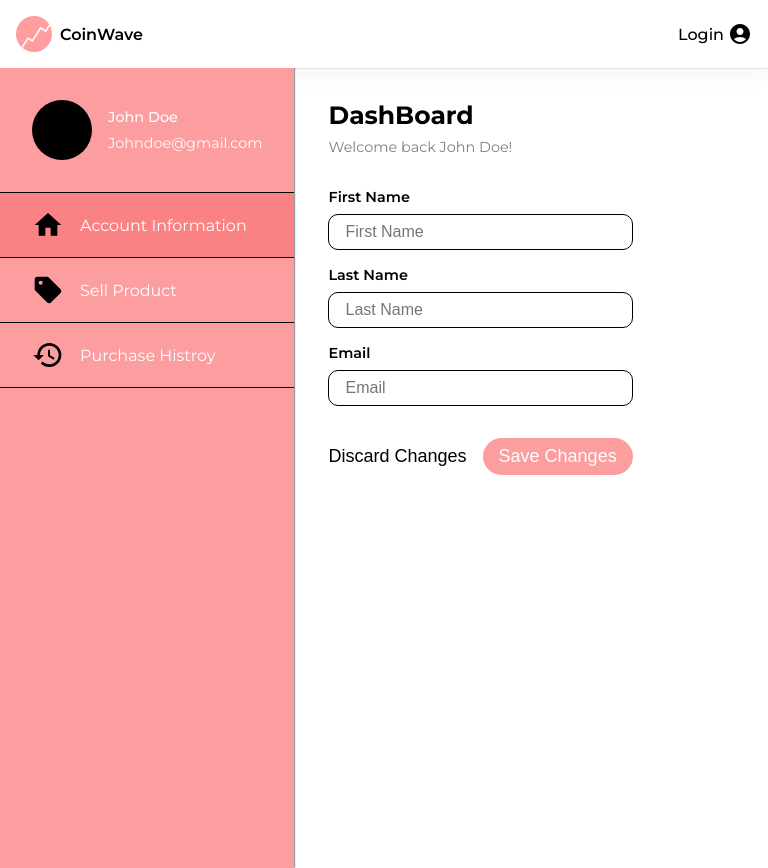
Repository: David-Waite/CoinWave
Page: /account
These files come from the project's save history. The page is drawn as it stood at one moment and after the next save; the edit follows.
The browser window is 768 px wide. The pictures show the whole page.
The project was rebuilt for these pictures with package versions that can differ from the ones it lists, and the page was loaded fresh each time. The framework's server and built-in components were replaced by stand-ins that run in the browser. Also part of the build but not shown: next.config.js, app/components/account/SellProduct/SellProduct.js, app/components/account/PurchaseHistory/PurchaseHistory.js.

Above is the page before, as saved 2023-08-16 11:32:23.

### app/layout.js
import Nav from "./components/Nav/Nav";
import "./globals.css";
import { Montserrat } from "next/font/google";

const montserrat = Montserrat({ subsets: ["latin"] });

export const metadata = {
  title: "Coin Wave",
  description: "Generated by create next app",
};

export default function RootLayout({ children }) {
  return (
    <html lang="en">
      <body className={montserrat.className}>
        <Nav />
        {children}
      </body>
    </html>
  );
}

### app/account/page.js
"use client";
import styles from "./account.module.css";
import { useState } from "react";
import AccountMenu from "../components/account/AccountMenu/AccountMenu";
import AccountInformation from "../components/account/AccountInfomation/AccountInfomation";
import SellProduct from "../components/account/SellProduct/SellProduct";
import PurchaseHistroy from "../components/account/PurchaseHistory/PurchaseHistory";

export default function Account() {
  const [selected, setSelected] = useState({
    accountInformation: true,
    sellProduct: false,
    purchaseHistroy: false,
  });

  function handleMenuSelect(select) {
    setSelected({
      accountInformation: select === "accountInformation",
      sellProduct: select === "sellProduct",
      purchaseHistroy: select === "purchaseHistroy",
    });
  }

  return (
    <div className={styles.main}>
      <AccountMenu selected={selected} onClick={handleMenuSelect} />

      <hr />
      <main>
        {selected.accountInformation && <AccountInformation />}
        {selected.sellProduct && <SellProduct />}
        {selected.purchaseHistroy && <PurchaseHistroy />}
      </main>
    </div>
  );
}

### app/components/Nav/Nav.js
import styles from "./nav.module.css";
import Link from "next/link";
import { MdAccountCircle } from "react-icons/md";
export default function Nav() {
  return (
    <nav className={styles.main}>
      <Link className={styles.homeLink} href="/">
        <svg
          width="36"
          height="36"
          viewBox="0 0 36 36"
          fill="none"
          xmlns="http://www.w3.org/2000/svg"
        >
          <circle cx="18" cy="18" r="18" fill="#FF9E9E" />
          <mask
            id="mask0_7_9"
            style={{ maskType: "alpha" }}
            maskUnits="userSpaceOnUse"
            x="0"
            y="0"
            width="36"
            height="36"
          >
            <path
              d="M36 18C36 27.9411 27.9411 36 18 36C8.05887 36 0 27.9411 0 18C0 8.05887 8.05887 0 18 0C27.9411 0 36 8.05887 36 18Z"
              fill="#FF9E9E"
            />
          </mask>
          <g mask="url(#mask0_7_9)">
            <path
              d="M2.13416 37.6684L12.0865 22.0755L16.3706 24.9865L24.7305 11.8885L29.6267 15.2153L36.3942 4.61218"
              stroke="white"
              stroke-width="1.5"
            />
          </g>
        </svg>
        CoinWave
      </Link>
      <Link className={styles.loginLink} href="/login">
        Login <MdAccountCircle size={24} />
      </Link>
    </nav>
  );
}

### app/globals.css
:root {
  --primary: #fc9d9f;
}

* {
  margin: 0;
  padding: 0;
  box-sizing: border-box;
}

### app/components/account/AccountMenu/AccountMenu.js
import styles from "./accountMenu.module.css";
import { MdHistory, MdHome, MdSell } from "react-icons/md";
export default function AccountMenu(props) {
  function handleClick(select) {
    props.onClick(select);
  }

  const selectedP = {
    backgroundColor: "#fa8284",
  };

  return (
    <div className={styles.container}>
      <div className={styles.infoOverView}>
        <div className={styles.photo}></div>
        <div className={styles.overViewTextContainer}>
          <p className={styles.fullNameOverView}>John Doe</p>
          <p className={styles.emailOverView}>Johndoe@gmail.com</p>
        </div>
      </div>

      <div
        onClick={() => handleClick("accountInformation")}
        className={styles.linkContainer}
        style={Object.assign(props.selected.accountInformation && selectedP)}
      >
        <MdHome className={styles.menuIcons} />
        <p>Account Information</p>
      </div>

      <div
        onClick={() => handleClick("sellProduct")}
        className={styles.linkContainer}
        style={Object.assign(props.selected.sellProduct && selectedP)}
      >
        <MdSell className={styles.menuIcons} />
        <p>Sell Product</p>
      </div>

      <div
        onClick={() => handleClick("purchaseHistroy")}
        className={`${styles.linkContainer} ${styles.linkContainerBottom}`}
        style={Object.assign(props.selected.purchaseHistroy && selectedP)}
      >
        <MdHistory className={styles.menuIcons} />
        <p>Purchase Histroy</p>
      </div>
    </div>
  );
}

### app/components/account/AccountInfomation/AccountInfomation.js
"use client";
import styles from "./accountInformation.module.css";
import { useState } from "react";
import { useRouter } from "next/navigation";
import { MdSecurityUpdate } from "react-icons/md";

export default function AccountInformation() {
  const [formData, setFormData] = useState({
    firstName: "",
    lastNameName: "",
    email: "",
  });

  const router = useRouter();

  function handleChange(event) {
    const { type, name, value, checked } = event.target;
    setFormData((prevFormData) => {
      return {
        ...prevFormData,
        [name]: type === "checkbox" ? checked : value,
      };
    });
  }

  function handleSubmit(event) {
    event.preventDefault();

    router.push("/account");
  }

  return (
    <main className={styles.main}>
      <form onSubmit={handleSubmit}>
        <h1 className={styles.title}>DashBoard</h1>
        <p className={styles.welcomeText}>Welcome back {"John Doe"}!</p>

        <div className={styles.form}>
          <div className={styles.nameContainer}>
            <div className={styles.inputContainer}>
              <label className={styles.firstNameLable} htmlFor="firstName">
                First Name
              </label>
              <input
                className={styles.firstName}
                type="text"
                placeholder="First Name"
                onChange={handleChange}
                name="firstName"
                value={formData.firstName}
              />
            </div>
            <div className={styles.inputContainer}>
              <label className={styles.lastNameLable} htmlFor="lastName">
                Last Name
              </label>
              <input
                className={styles.firstName}
                type="text"
                placeholder="Last Name"
                onChange={handleChange}
                name="lastName"
                value={formData.lastName}
              />
            </div>
          </div>

          <div className={styles.inputContainer}>
            <label className={styles.emailLable} htmlFor="email">
              Email
            </label>
            <input
              className={styles.email}
              type="email"
              placeholder="Email"
              onChange={handleChange}
              name="email"
              value={formData.email}
            />
          </div>
        </div>
        <div className={styles.buttonContainer}>
          <button className={styles.discardChanges}>Discard Changes</button>
          <button className={styles.saveChanges}>Save Changes</button>
        </div>
      </form>
    </main>
  );
}

### app/components/Nav/nav.module.css
.main {
  display: flex;
  align-items: center;
  justify-content: space-between;
  padding: 16px 60px;
  box-shadow: rgba(0, 0, 0, 0.05) 0px 6px 24px 0px,
    rgba(0, 0, 0, 0.08) 0px 0px 0px 1px;
}

.homeLink {
  display: flex;
  align-items: center;
  gap: 8px;
  text-decoration: none;
  font-size: 18px;
  color: black;
  font-weight: 600;
}

.loginLink {
  display: flex;
  align-items: center;
  gap: 4px;
  font-size: 18px;
  text-decoration: none;
  color: black;
  font-weight: 500;
}

@media (max-width: 1600px) {
  .main {
    padding: 16px 32px;
  }
}
@media (max-width: 778px) {
  .main {
    padding: 16px;
  }
  .loginLink,
  .homeLink {
    font-size: 16px;
  }
}

### app/components/account/AccountMenu/accountMenu.module.css
.container {
  background-color: var(--primary);

  height: 100vh;
}

.infoOverView {
  display: flex;
  align-items: center;
  gap: 16px;

  padding: 32px;
}

.fullNameOverView {
  color: white;
  font-size: 14.4px;
  font-weight: 500;
}

.emailOverView {
  color: white;
  font-size: 14.4px;
}

.overViewTextContainer {
  display: flex;
  flex-direction: column;
  gap: 8px;
}

.linkContainer {
  padding: 16px 0;
  display: flex;
  align-items: center;
  gap: 16px;
  padding-left: 32px;
  border-top: 1px solid black;
  cursor: pointer;
}
.linkContainer:hover {
  background-color: #fa8284;
}

.menuIcons {
  font-size: 32px;
}

.linkContainerBottom {
  border-bottom: 1px solid black;
}

.linkContainer p {
  color: white;
}

.photo {
  width: 60px;
  height: 60px;
  background-color: black;
  border-radius: 50%;
}

### app/components/account/AccountInfomation/accountInformation.module.css
.main {
  padding: 32px;
  max-width: 900px;
}

.title {
  font-size: 28.13px;
}

.welcomeText {
  font-size: 14.4px;
  color: grey;
  margin-top: 8px;
}

.firstNameLable,
.lastNameLable,
.emailLable {
  font-size: 14.4px;
  font-weight: 600;
}

.nameContainer {
  display: grid;
  grid-template-columns: 1fr 1fr;
  gap: 16px;
}

.firstName,
.lastName,
.email {
  border: 1px solid black;
  padding: 8px 16px;
  font-size: 18px;
  border-radius: 10px;
  width: 100%;
}

.form {
  padding: 32px 0;
  display: flex;
  flex-direction: column;
  gap: 16px;
}

.inputContainer {
  display: flex;
  flex-direction: column;
  gap: 8px;
}

.buttonContainer {
  display: flex;
  gap: 16px;
}
.discardChanges,
.saveChanges {
  cursor: pointer;
  border: none;
  font-size: 18px;
}

.discardChanges {
  color: black;
  background-color: transparent;
}

.saveChanges {
  padding: 8px 16px;
  border-radius: 50px;
  background-color: var(--primary);
  color: white;
}

.saveChanges:hover {
  background-color: #ff8b8d;
}

@media (max-width: 778px) {
  .nameContainer {
    grid-template-columns: 1fr;
  }
  .email,
  .lastName,
  .firstName {
    font-size: 16px;
  }

  .title {
    font-size: 25px;
  }
}

Loaded but not shown: app/account/account.module.css (common file)

After the next save:
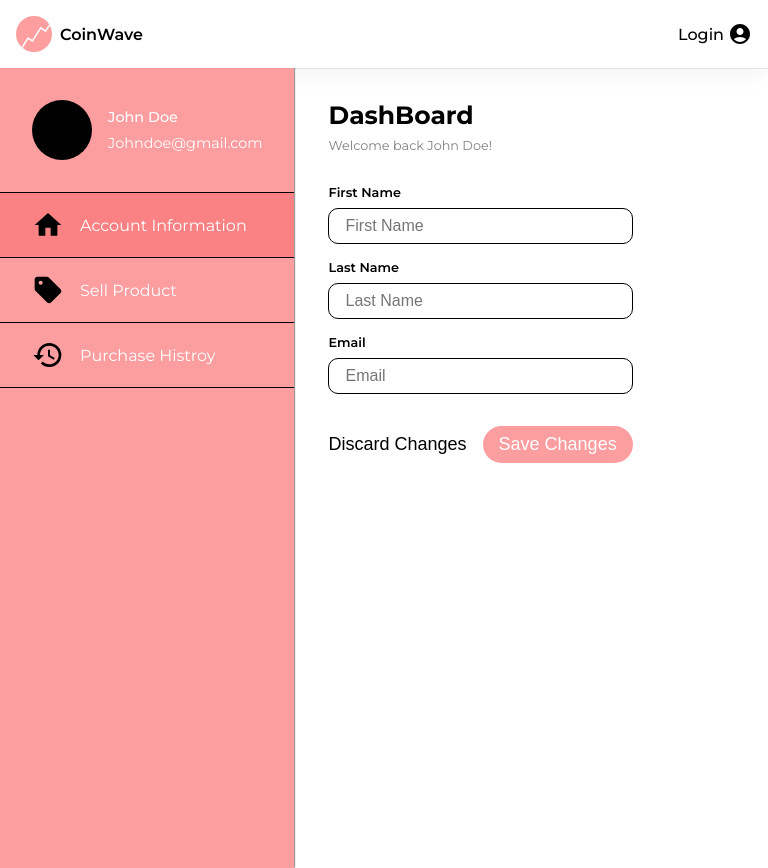
Saved 25 s later.
--- a/app/components/account/AccountInfomation/accountInformation.module.css
+++ b/app/components/account/AccountInfomation/accountInformation.module.css
@@ -89,4 +89,11 @@
   .title {
     font-size: 25px;
   }
+
+  .welcomeText,
+  .firstNameLable,
+  .lastNameLable,
+  .emailLable {
+    font-size: 12.8px;
+  }
 }
